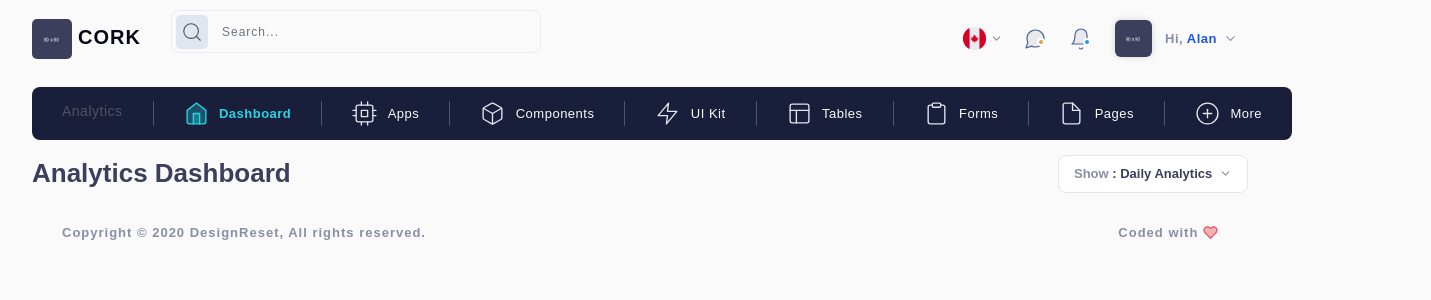
Repository: maruti-1607/corkadmin
Page: resources/views/layouts/admin.blade.php
These files come from the project's save history. The page is drawn as it stood at one moment and after the next save; the edit follows.
The browser window is 1280 px wide. The page is 1395 px wide, then 1431 px, so the pictures cover 1431 px, including what lies to the right of the window. The pictures show the whole page.
Some web fonts or font styles are not loaded; a fallback is used. The page is served by the project's Laravel application, run on PHP 8.4 with Laravel 8. Style sheets and scripts are compiled from the project's sources, by tool versions that may differ from the author's. The template is opened directly, without the code that normally fills it, so the values that code supplies are empty.

Above is the page before, as saved 2020-04-03 09:32:28.

After the next save:
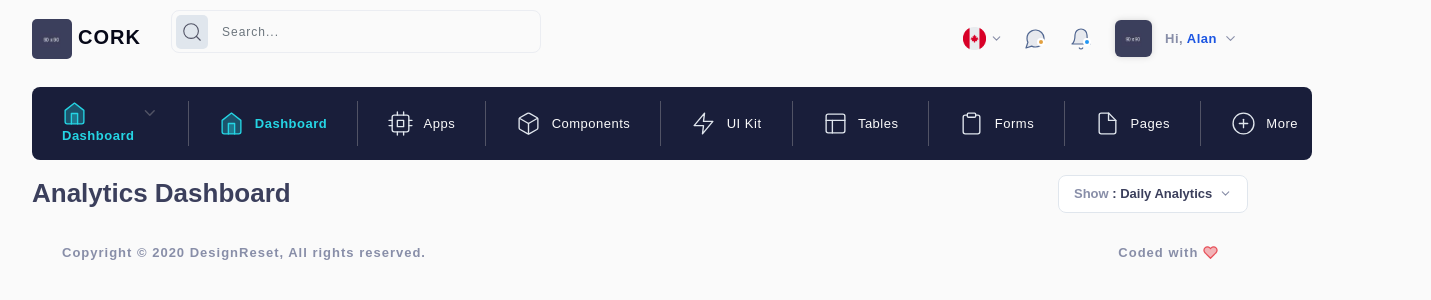
Saved 44 s later.
--- a/resources/views/partials/admin/menu.blade.php
+++ b/resources/views/partials/admin/menu.blade.php
@@ -14,7 +14,14 @@
 
         <ul class="list-unstyled menu-categories" id="topAccordion">
             <li class="menu single-menu active">
-                <a href="/"> Analytics </a>
+                <a href="/">
+                    <div class="">
+                        <svg xmlns="http://www.w3.org/2000/svg" width="24" height="24" viewBox="0 0 24 24" fill="none" stroke="currentColor" stroke-width="2" stroke-linecap="round" stroke-linejoin="round" class="feather feather-home"><path d="M3 9l9-7 9 7v11a2 2 0 0 1-2 2H5a2 2 0 0 1-2-2z"></path><polyline points="9 22 9 12 15 12 15 22"></polyline></svg>
+                        <span>Dashboard</span>
+                    </div>
+                    <svg xmlns="http://www.w3.org/2000/svg" width="24" height="24" viewBox="0 0 24 24" fill="none" stroke="currentColor" stroke-width="2" stroke-linecap="round" stroke-linejoin="round" class="feather feather-chevron-down"><polyline points="6 9 12 15 18 9"></polyline></svg>
+
+                </a>
             </li>
             <li class="menu single-menu active">
                 <a href="#dashboard" data-toggle="collapse" aria-expanded="true" class="dropdown-toggle autodroprown">
